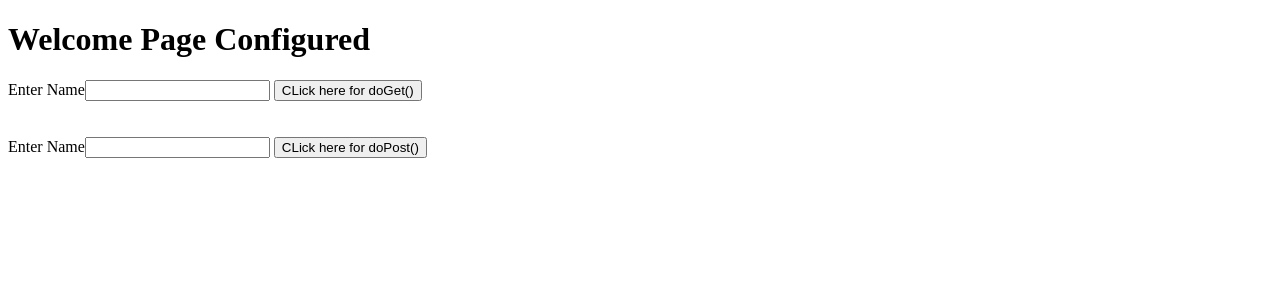
Repository: vinayingalahalli/java_batch1_revature
Page: revature_java/my_servlet_app/WebContent/myHome.html
An editor plug-in stored every save of this project. The page is shown before and after a run of saves, followed by the edit.
The browser window is 1280 px wide. The pictures show the whole page.

Above is the page before, as saved 2019-09-10 18:51:44.

After the next 2 saves:
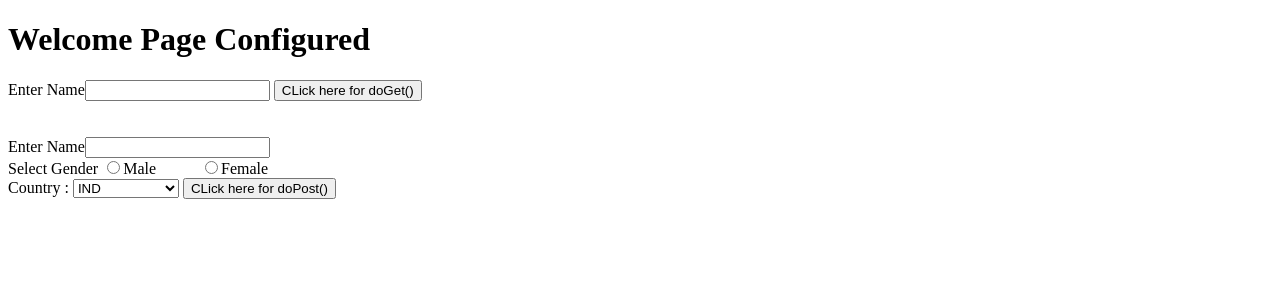
The 2 saves are shown as one change because they came seconds apart.
The last was saved 10 min 52 s later.
--- a/revature_java/my_servlet_app/WebContent/myHome.html
+++ b/revature_java/my_servlet_app/WebContent/myHome.html
@@ -13,7 +13,14 @@
 	<br />
 	<br />
 <form action="abc" method="post">
-Enter Name<input type="text" name="fname">
+Enter Name<input type="text" name="fname"><br/>
+Select Gender      <input type="radio" name="gender" value="M">Male  &nbsp;&nbsp;&nbsp;&nbsp;&nbsp;&nbsp;&nbsp;&nbsp;&nbsp;
+<input type="radio" name="gender" value="F">Female<br/>
+Country : <select name="country">
+<option value="India">IND</option>
+<option value="USA">USA</option>
+<option value="Others">Other Country</option>
+</select>
 		<input type="submit" value="CLick here for doPost()">
 	</form>
 </body>
